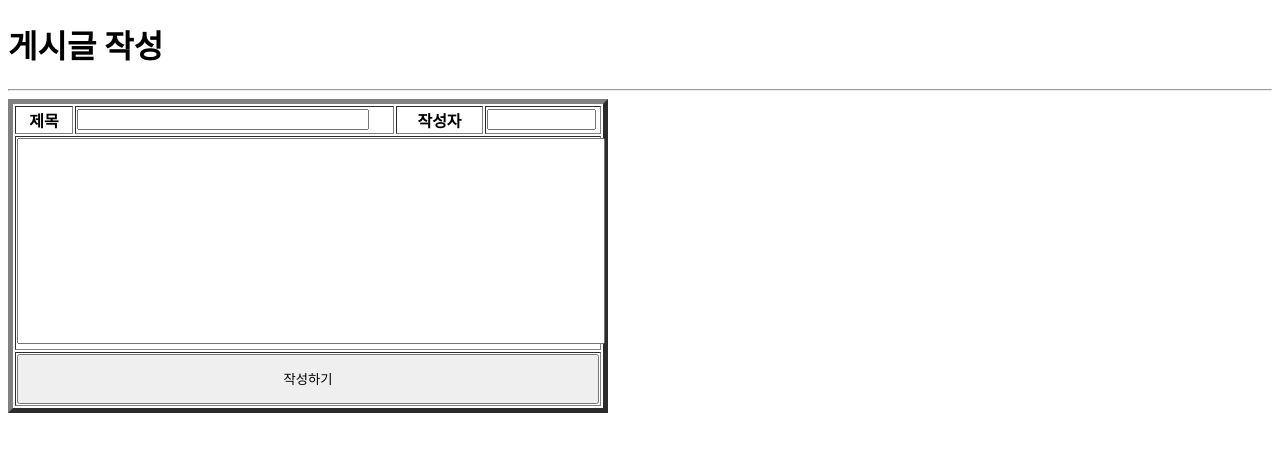
Repository: bbookk1104/spring-workspace
Page: http://localhost/02_SpringMVC_CRUD/boardWriteFrm.do
The author's editor kept a copy of each file at every save. The page is drawn from the files as they stood at one save, then again after the next save.
The browser window is 1280 px wide. The pictures show the whole page.
The page is served by Tomcat 9. Other server files are loaded and not shown.

Above is the page before, as saved 2022-10-04 05:31:37.

### 02_SpringMVC_CRUD/src/main/webapp/WEB-INF/views/board/boardWriteFrm.jsp
<%@ page language="java" contentType="text/html; charset=UTF-8"
    pageEncoding="UTF-8"%>
<!DOCTYPE html>
<html>
<head>
<meta charset="UTF-8">
<title>Insert title here</title>
</head>
<body>
	<h1>게시글 작성</h1>
	<hr>
	<form action="/boardWrite.do" method="post">
		<table style="width:600px" border=5>
			<tr>
				<th style="width:10%">제목</th>
				<td style="width:55%">
					<input type="text" name="boardTitle" style="width:90%">
				</td>
				<th style="width:15%">작성자</th>
				<td style="width:20%">
					<input type="text" name="boardWriter" value="${memberId }" style="width:90%" readonly>
				</td>
			</tr>
			<tr>
				<td colspan="4">
					<textarea name="boardContent" style="width:100%; resize:none; height:200px"></textarea>
				</td>
			</tr>
			<tr>
				<td colspan="4">
					<input type="submit" value="작성하기" style="width:100%; height:50px">
				</td>
			</tr>
		</table>
	</form>
</body>
</html>

After the next save:
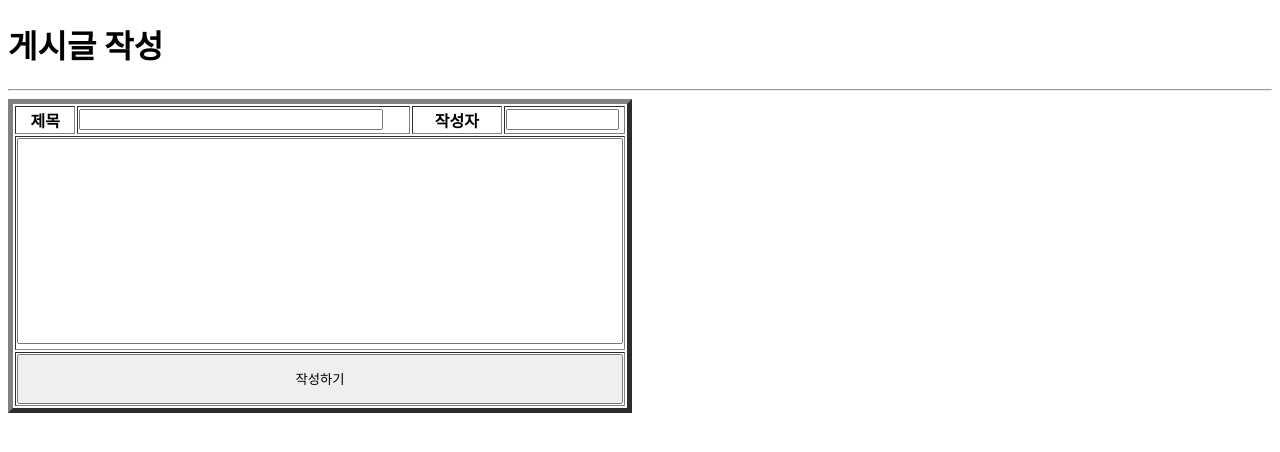
Saved 13 s later.
--- a/02_SpringMVC_CRUD/src/main/webapp/WEB-INF/views/board/boardWriteFrm.jsp
+++ b/02_SpringMVC_CRUD/src/main/webapp/WEB-INF/views/board/boardWriteFrm.jsp
@@ -23,7 +23,7 @@
 			</tr>
 			<tr>
 				<td colspan="4">
-					<textarea name="boardContent" style="width:100%; resize:none; height:200px"></textarea>
+					<textarea name="boardContent" style="width:600px; resize:none; height:200px"></textarea>
 				</td>
 			</tr>
 			<tr>
